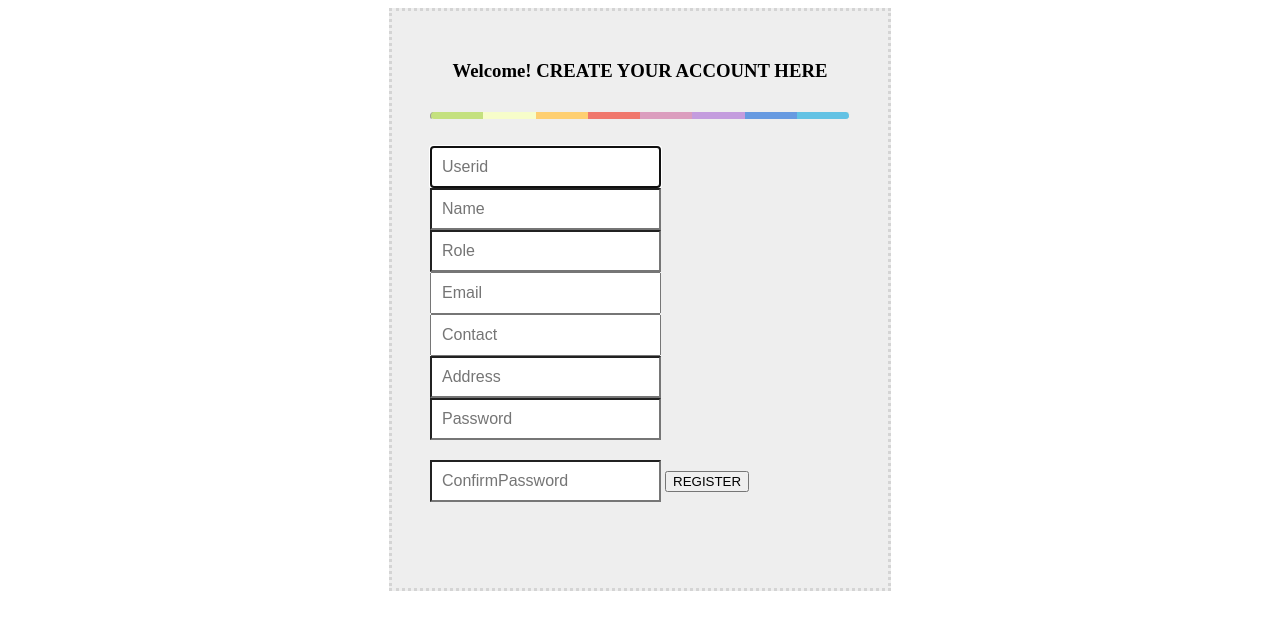
Repository: sharad2795/collobrationproject
Page: collobrationFE/WebContent/htmlpages/register.html
These files come from the project's save history. The page is drawn as it stood at one moment and after the next save; the edit follows.
The browser window is 1280 px wide. The pictures show the whole page.

Above is the page before, as saved 2017-05-31 09:24:00.

After the next save:
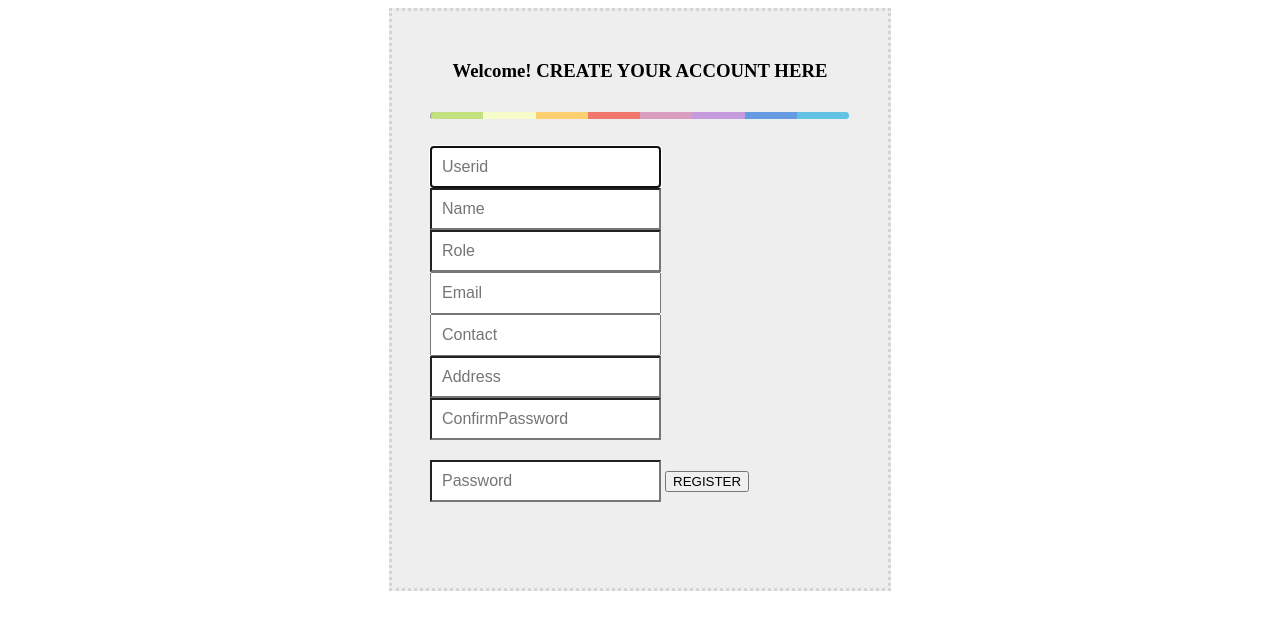
Saved 15 min 52 s later.
--- a/collobrationFE/WebContent/htmlpages/register.html
+++ b/collobrationFE/WebContent/htmlpages/register.html
@@ -71,8 +71,8 @@
 			   <input type="email" ng-model="ctrl.user.email" class="form-control"  placeholder="Email" required=""  />
 			    <input type="number" ng-model="ctrl.user.contact" class="form-control"  placeholder="Contact" required=""  />
 			     <input type="text" ng-model="ctrl.user.address" class="form-control"  placeholder="Address" required=""  />
-			      <input type="password" ng-model="ctrl.user.password" class="form-control"  placeholder="Password" required=""  />
-			  <input type="password" ng-model="ctrl.user.confirmpassword" class="form-control"  placeholder="ConfirmPassword" required=""/>
+			     <input type="password" ng-model="ctrl.user.confirmpassword" class="form-control"  placeholder="ConfirmPassword" required=""/>
+			      <input type="password" ng-model="ctrl.user.password" class="form-control"  placeholder="Password" required="" />
 
 			  <button class="btn btn-lg btn-primary btn-block"  name="Submit" value="REGISTER" type="Submit">REGISTER</button>
 		</form>

After the save that followed:
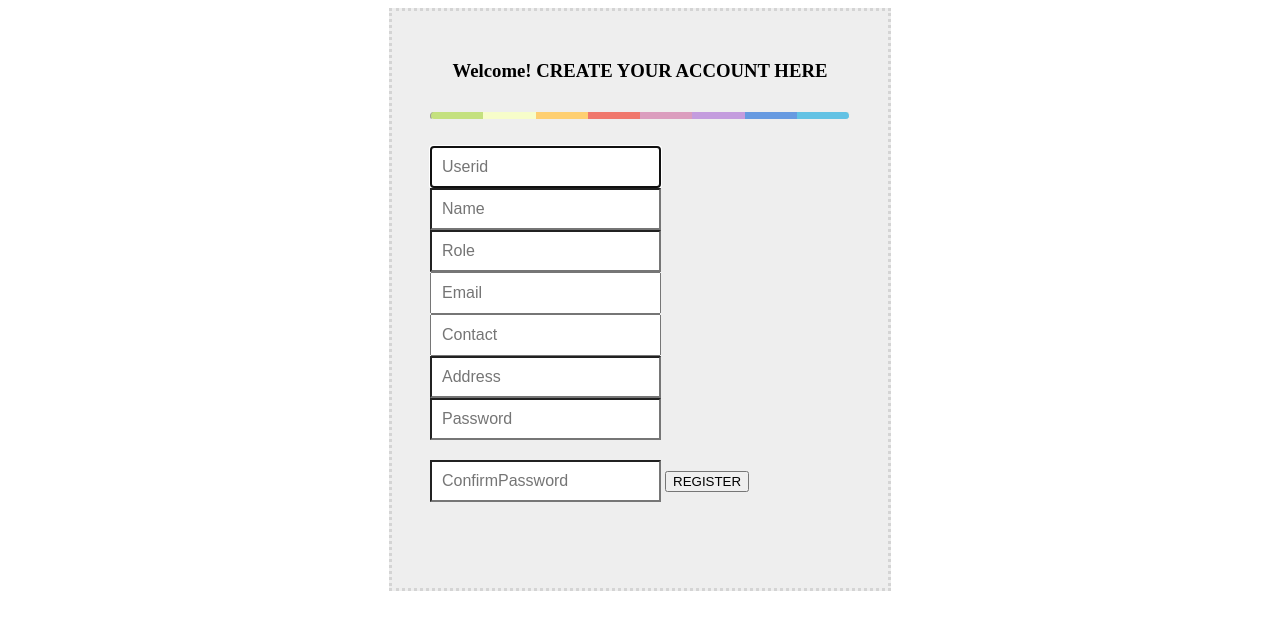
Saved 80 s later.
--- a/collobrationFE/WebContent/htmlpages/register.html
+++ b/collobrationFE/WebContent/htmlpages/register.html
@@ -65,14 +65,14 @@
 		    <h3 class="form-signin-heading">Welcome! CREATE YOUR ACCOUNT HERE</h3>
 			  <hr class="colorgraph"><br>
 
-			  <input type="text" ng-model="ctrl.user.id" class="form-control"  placeholder="Userid" required="" autofocus="" />
- 			  <input type="text" ng-model="ctrl.user.name" class="form-control"  placeholder="Name" required=""  />
-			   <input type="text" ng-model="ctrl.user.role" class="form-control"  placeholder="Role" required=""  />
-			   <input type="email" ng-model="ctrl.user.email" class="form-control"  placeholder="Email" required=""  />
-			    <input type="number" ng-model="ctrl.user.contact" class="form-control"  placeholder="Contact" required=""  />
-			     <input type="text" ng-model="ctrl.user.address" class="form-control"  placeholder="Address" required=""  />
+			  <input type="text" ng-model="ctrl.user.id" class="form-control"  placeholder="Userid" required="" autofocus="" /><br>
+ 			  <input type="text" ng-model="ctrl.user.name" class="form-control"  placeholder="Name" required=""  /><br>
+			   <input type="text" ng-model="ctrl.user.role" class="form-control"  placeholder="Role" required=""  /><br>
+			   <input type="email" ng-model="ctrl.user.email" class="form-control"  placeholder="Email" required=""  /><br>
+			    <input type="number" ng-model="ctrl.user.contact" class="form-control"  placeholder="Contact" required=""  /><br>
+			     <input type="text" ng-model="ctrl.user.address" class="form-control"  placeholder="Address" required=""  /><br>
+			   <input type="password" ng-model="ctrl.user.password" class="form-control"  placeholder="Password" required="" /><br>
 			     <input type="password" ng-model="ctrl.user.confirmpassword" class="form-control"  placeholder="ConfirmPassword" required=""/>
-			      <input type="password" ng-model="ctrl.user.password" class="form-control"  placeholder="Password" required="" />
 
 			  <button class="btn btn-lg btn-primary btn-block"  name="Submit" value="REGISTER" type="Submit">REGISTER</button>
 		</form>
